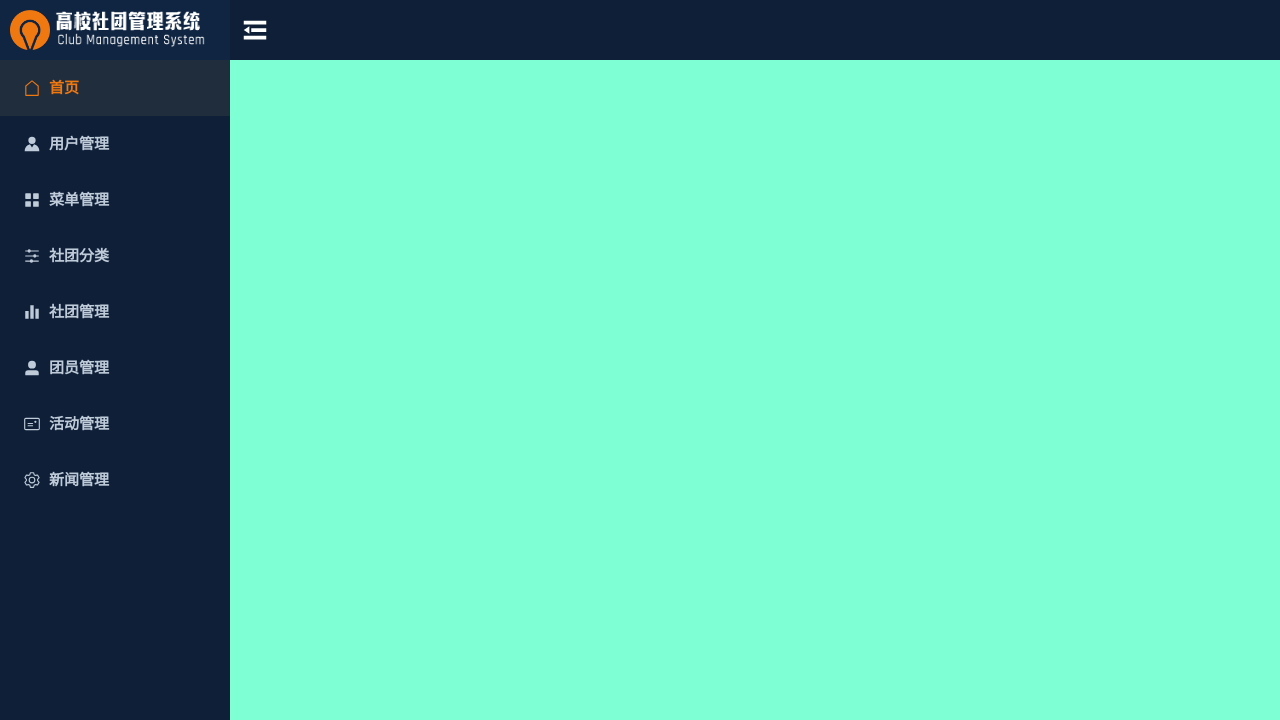
Repository: SanaatanX/Web-Engineering
Page: /home (app in 后台管理系统/team-admin/)
The author's editor kept a copy of each file at every save. The page is drawn from the files as they stood at one save, then again after the next save.
The browser window is 1280 px wide. The pictures show the whole page.
The project was rebuilt for these pictures with package versions that can differ from the ones it lists, and the page was loaded fresh each time. Also part of the build but not shown: 后台管理系统/team-admin/vite.config.ts.

Above is the page before, as saved 2025-05-14 21:22:31.

### 后台管理系统/team-admin/index.html
<!DOCTYPE html>
<html lang="en">
  <head>
    <meta charset="UTF-8" />
    <link rel="icon" href="/favicon.ico" />
    <meta name="viewport" content="width=device-width, initial-scale=1.0" />
    <title>Vite App</title>
  </head>
  <body>
    <div id="app"></div>
    <script type="module" src="/src/main.ts"></script>
  </body>
</html>
<style>
  html,body,#app{
    padding: 0px;
    margin: 0px;
    height: 100%;
  }
</style>

### 后台管理系统/team-admin/src/main.ts
import { createApp } from 'vue'
import router from './router/index'
//引入element plus
import ElementPlus from 'element-plus'
import 'element-plus/dist/index.css'
import * as ElementPlusIconsVue from '@element-plus/icons-vue'
//记得注释
// import './style.css'
import App from './App.vue'
//引入Pinia构造函数
import { createPinia } from 'pinia'
// 实例化 Pinia
const pinia = createPinia()
// createApp(App).mount('#app')
const app = createApp(App);
app.use(ElementPlus).use(router).use(pinia).mount('#app')
//全局注册图标组件
for (const [key, component] of Object.entries(ElementPlusIconsVue)) {
    app.component(key, component)
}

### 后台管理系统/team-admin/src/router/index.ts
import { createRouter, createWebHistory, RouteRecordRaw } from 'vue-router'
import Layout from '@/layout/index.vue'

const routes: Array<RouteRecordRaw> = [
  {
    path: '/',
    component: Layout,
    redirect:'/home',
    children: [
      {
        path: '/home',
        name: 'home',
        component: () => import('@/views/home/index.vue'),
        meta:{
          title:'首页'
        }
      },
      {
        path: '/user',
        name: 'user',
        component: () => import('@/views/user/index.vue'),
        meta:{
          title:'用户管理'
        }
      },
      {
        path: '/menu',
        name: 'menu',
        component: () => import('@/views/menu/index.vue'),
        meta:{
          title:'菜单管理'
        }
      },
      {
        path: '/category',
        name: 'category',
        component: () => import('@/views/category/index.vue'),
        meta:{
          title:'社团分类'
        }
      },
      {
        path: '/team',
        name: 'team',
        component: () => import('@/views/team/index.vue'),
        meta:{
          title:'社团管理'
        }
      },
      {
        path: '/member',
        name: 'member',
        component: () => import('@/views/member/index.vue'),
        meta:{
          title:'团员管理'
        }
      },
      {
        path: '/activity',
        name: 'activity',
        component: () => import('@/views/activity/index.vue'),
        meta:{
          title:'活动管理'
        }
      },
      {
        path: '/news',
        name: 'news',
        component: () => import('@/views/news/index.vue'),
        meta:{
          title:'新闻管理'
        }
      }
    ]
  }
]

const router = createRouter({
  history: createWebHistory(),
  routes
})

export default router

### 后台管理系统/team-admin/src/App.vue
<template>
  <router-view/>
</template>

<style lang="scss">
</style>

### 后台管理系统/team-admin/src/layout/index.vue
<template>
    <el-container class="mycontainer" >
      <el-aside width="auto" class="myaside">
        <Menu></Menu>
      </el-aside>
      <el-container>
        <el-header class="myheader">
          <collapse></collapse>
        </el-header>
        <el-main class="mymain">
          <router-view/>
        </el-main>
      </el-container>
    </el-container>
</template>

<script setup lang="ts">
import Menu from './Menu.vue';
import collapse from './collapse.vue';
</script>

<style scoped lang="scss">
.mycontainer{
  height: 100%;
  .myaside{
    background-color: #0e1f37;
  }
  .myheader{
    padding: 0px 10px;
    display: flex;
    align-items: center;
    background-color: #0e1f37;
    color: #FFF;
  }
  .mymain{
    background-color: aquamarine;
  }
}
</style>

### 后台管理系统/team-admin/src/layout/Menu.vue
<template>
  <MenuLogo></MenuLogo>
  <el-menu
    :default-active="defaultActive"
    class="el-menu-vertical-demo"
    :collapse="isCollapse"
    @open="handleOpen"
    @close="handleClose"
    background-color="#0e1f37"
    router
  >
    <el-menu-item index="/home">
      <el-icon><House /></el-icon>
      <template #title>首页</template>
    </el-menu-item>
    <el-menu-item index="/user">
      <el-icon><Avatar /></el-icon>
      <template #title>用户管理</template>
    </el-menu-item>
    <el-menu-item index="/menu">
      <el-icon><Menu /></el-icon>
      <template #title>菜单管理</template>
    </el-menu-item>
    <el-menu-item index="/category">
      <el-icon><Operation /></el-icon>
      <template #title>社团分类</template>
    </el-menu-item>
    <el-menu-item index="/team">
      <el-icon><Histogram /></el-icon>
      <template #title>社团管理</template>
    </el-menu-item>
    <el-menu-item index="/member">
      <el-icon><UserFilled /></el-icon>
      <template #title>团员管理</template>
    </el-menu-item>
    <el-menu-item index="/activity">
      <el-icon><Postcard /></el-icon>
      <template #title>活动管理</template>
    </el-menu-item>
    <el-menu-item index="/news">
      <el-icon><setting /></el-icon>
      <template #title>新闻管理</template>
    </el-menu-item>
  </el-menu>
</template>

<script setup lang="ts">
import { computed } from "vue";
import MenuLogo from "./MenuLogo.vue";
import { menuStore } from "@/store/menu";
import { useRoute } from "vue-router";
const route = useRoute()
const store = menuStore();
const isCollapse = computed(() => {
  return store.getCollapse;
});
//获取当前激活的菜单：当前路由
const defaultActive = computed(()=>{
  return route.path
})
const handleOpen = (key: string, keyPath: string[]) => {
  console.log(key, keyPath);
};
const handleClose = (key: string, keyPath: string[]) => {
  console.log(key, keyPath);
};
</script>

<style scoped>
.el-menu-vertical-demo:not(.el-menu--collapse) {
  width: 230px;
  min-height: 400px;
}
.el-menu {
  border-right: none;
}
.el-menu .el-menu-item {
  color: #bfcbd9;
  font-size: 15px;
  font-weight: bold;
}
.el-menu-item.is-active {
  color: #f07810 !important;
  background-color: #1f2d3d !important;
}
/* 鼠标移动菜单的颜色 */

:deep(.el-menu-item:hover) {
  background-color: #001528 !important;
}
</style>

### 后台管理系统/team-admin/src/layout/collapse.vue
<template>
  <el-icon :size="30" style="cursor: pointer;color: #FFF;" @click="iconClick">
    <!-- 动态组件:有些场景会需要在两个组件间来回切换 -->
    <component :is="status ? Expand : Fold"></component>
  </el-icon>
</template>

<script setup lang="ts">
import { Expand,Fold } from "@element-plus/icons-vue";
import { computed } from 'vue';
import { menuStore } from '@/store/menu';
const store = menuStore()
const status = computed(()=>{
    return store.getCollapse
})
const iconClick = ()=>{
    store.setCollapse()
}
</script>

<style scoped></style>

### 后台管理系统/team-admin/src/layout/MenuLogo.vue
<template>
    <div class="mylogo">
        <img class="logo" :src="logo" />
        <img v-if="show" class="title" :src="title" />
    </div>
</template>

<script setup lang="ts">
import logo from '@/assets/logo.png'
import title from '@/assets/title.png'
import { menuStore } from "@/store/menu";
import { computed, ref, watch } from 'vue';
const store = menuStore();
// const show = computed(()=>{
//     return store.getCollapse
// })
const show = ref(true)
watch(
    ()=>store.getCollapse,
    (collapsed:boolean)=>{
        if(!collapsed){
            setTimeout(() => {
                show.value = !collapsed;
            }, 300);
        }else{
            show.value = !collapsed;
        }
    }
)
</script>

<style scoped lang="scss">
.mylogo{
    height: 60px;
    background-color: #0f2542;
    color: #FFF;
    display: flex;
    align-items: center;
    .logo{
        height: 40px;
        width: 40px;
        margin-left: 10px;
        margin-right: 5px;
    }
    .title{
        width: 150px;
        height: 50px;
    }
}
</style>

### 后台管理系统/team-admin/src/store/menu/index.ts
//引入store
import { defineStore } from "pinia";
//定义一个自己的store
export const menuStore = defineStore('menuStore', {
    //存储数据地方，存储count
    state: () => ({
        isCollapse: false
    }),
    //获取state里面的数据
    getters: {
        getCollapse(state){
            return state.isCollapse
        }
    },
    //操作state里面的数据
    actions: {
        setCollapse() {
            this.isCollapse = !this.isCollapse
        }
    }
})

### 后台管理系统/team-admin/src/layout/BreadCrumb.vue
<template>
    <el-breadcrumb class="bred" separator="/">
      <el-breadcrumb-item v-for="item in tabs">{{ item.meta.title }}</el-breadcrumb-item>
    </el-breadcrumb>
  </template>

  <script setup lang="ts">
  import { onMounted, ref, Ref, watch } from "vue";
  import { useRoute, RouteLocationMatched } from "vue-router";
  //获取当前路由
  const route = useRoute();
  //定义面包屑导航数据
  const tabs: Ref<RouteLocationMatched[]> = ref([]);
  //监听当前路由
  watch(
    () => route.path,
    () => getBredcrumb()
  );
  //获取面包屑导航数据
  const getBredcrumb = () => {
      //找出有title的数据
      let mached = route.matched.filter((item)=>item.meta && item.meta.title);
      // console.log(mached)
      const first = mached[0]
      console.log(first)
      if(first.path !== '/dashboard'){
          mached = [{path:'/dashboard',meta:{title:'首页'}} as any].concat(mached)
      }
      tabs.value = mached
  };
  onMounted(()=>{
      getBredcrumb()
  })
  </script>
  <style scoped lang="scss">
  //修改字体颜色
  :deep(.el-breadcrumb__inner) {
    color: #fff !important;
  }
  .bred {
    margin-left: 20px;
  }
  // 修改字体大小
  :deep(.el-breadcrumb__item) {
    font-size: 15px !important;
  }
  </style>

Loaded but not shown: 后台管理系统/team-admin/src/views/home/index.vue (common file)

After the next save:
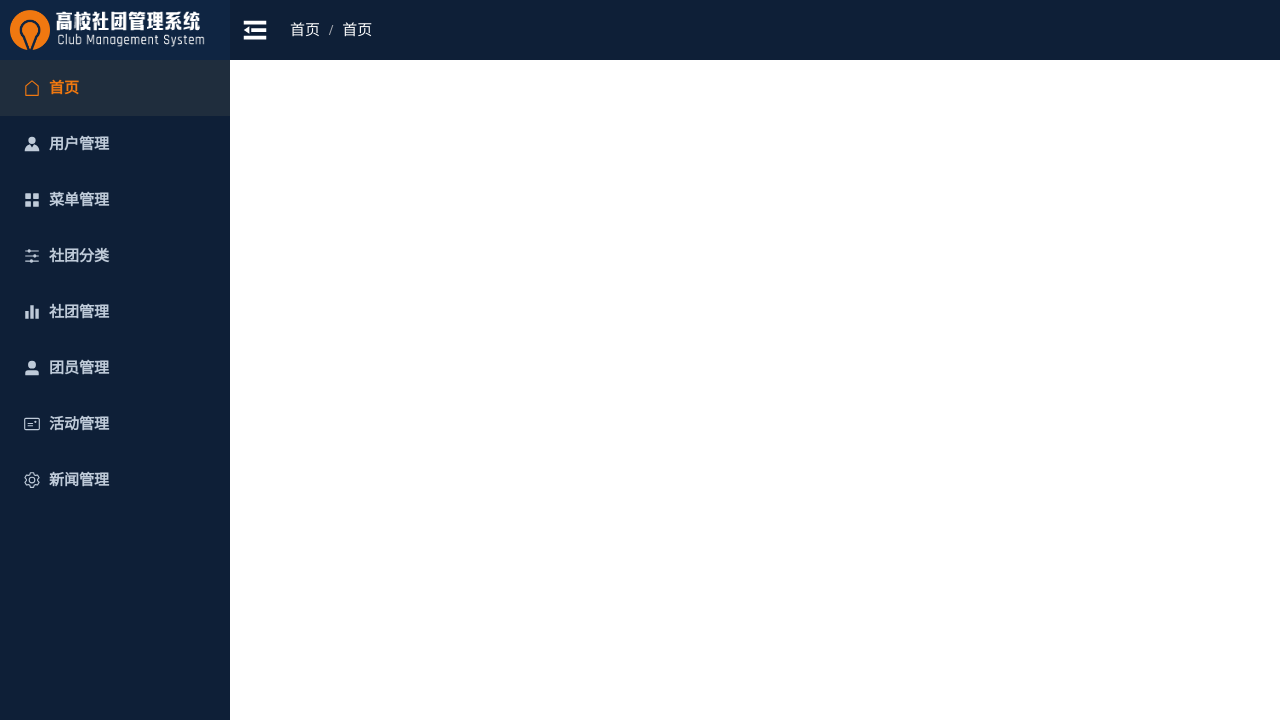
Saved 12 s later.
--- a/后台管理系统/team-admin/src/layout/index.vue
+++ b/后台管理系统/team-admin/src/layout/index.vue
@@ -6,6 +6,7 @@
       <el-container>
         <el-header class="myheader">
           <collapse></collapse>
+          <BreadCrumb></BreadCrumb>
         </el-header>
         <el-main class="mymain">
           <router-view/>
@@ -17,6 +18,7 @@
 <script setup lang="ts">
 import Menu from './Menu.vue';
 import collapse from './collapse.vue';
+import BreadCrumb from './BreadCrumb.vue';
 </script>
 
 <style scoped lang="scss">
@@ -33,7 +35,7 @@ import collapse from './collapse.vue';
     color: #FFF;
   }
   .mymain{
-    background-color: aquamarine;
+    // background-color: aquamarine;
   }
 }
 </style>
